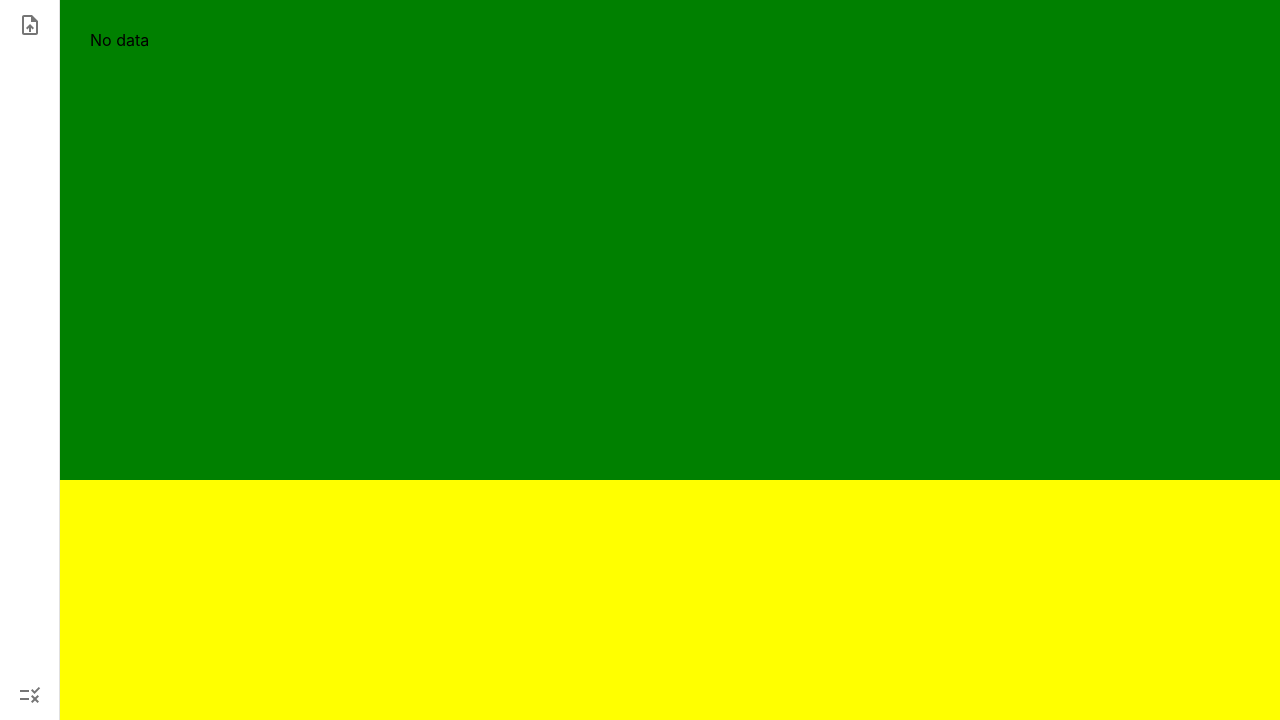
Repository: imark00/sbolInsight_frontend
Page: /
An editor plug-in stored every save of this project. The page is shown before and after the next save, followed by the edit.
The browser window is 1280 px wide. The pictures show the whole page.
The project was rebuilt for these pictures with package versions that can differ from the ones it lists, and the page was loaded fresh each time. Also part of the build but not shown: src/App.css.

Above is the page before, as saved 2024-08-18 05:38:16.

After the next save:
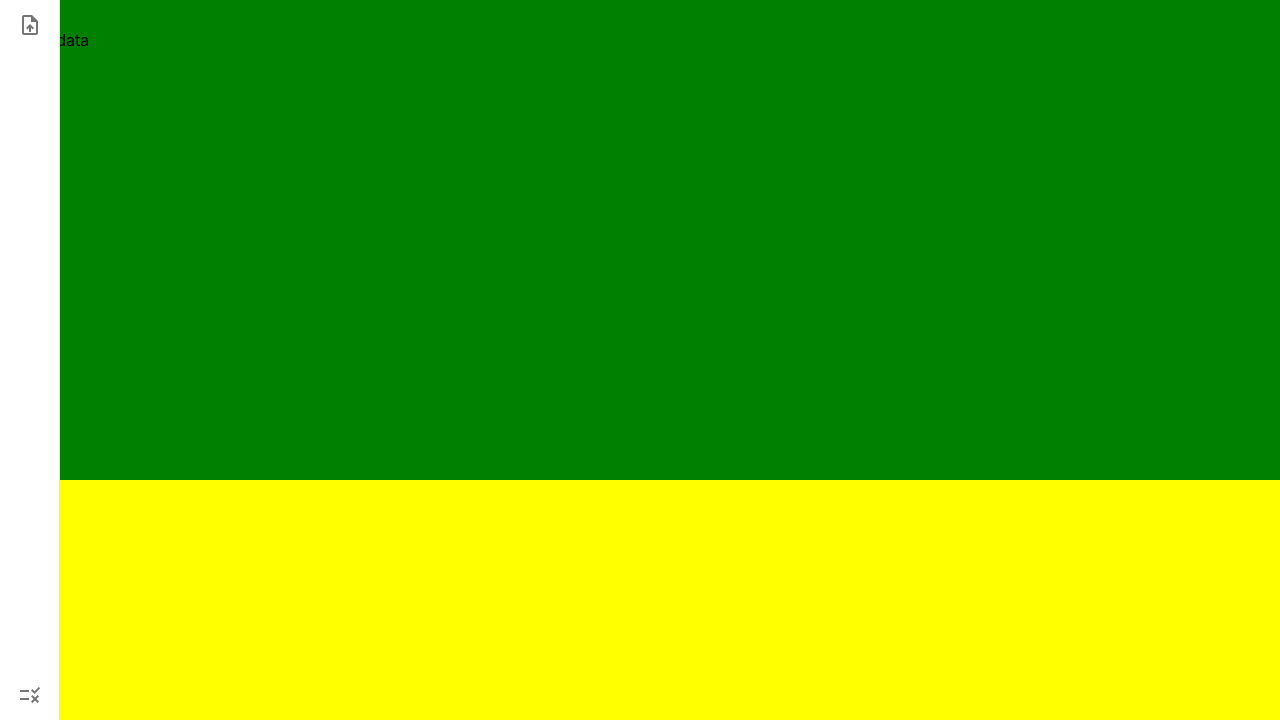
Saved 29 h 25 min later.
--- a/src/sbolInsight.js
+++ b/src/sbolInsight.js
@@ -90,7 +90,7 @@
 
     return (
         <Box
-            sx={{ display: 'flex' }}
+        // sx={{ display: 'flex' }}
         >
             {/* Drawer */}
             <Drawer

After the save that followed:
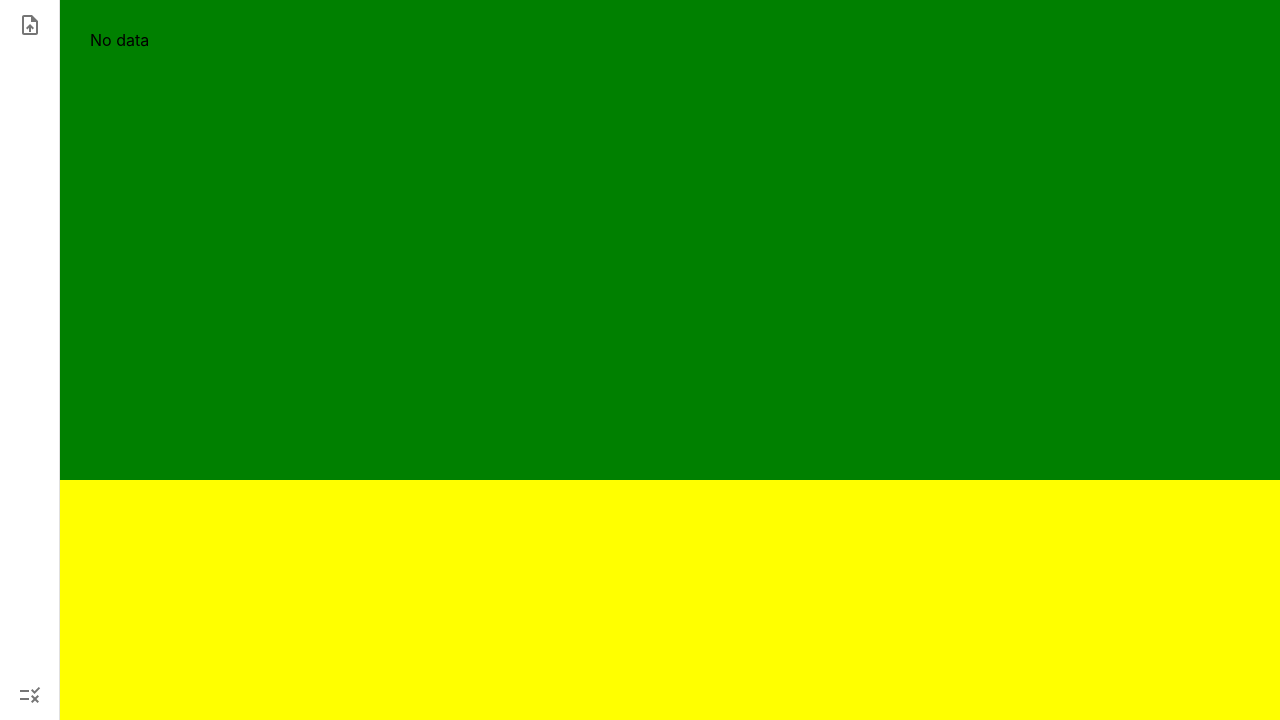
Saved 12 s later.
--- a/src/sbolInsight.js
+++ b/src/sbolInsight.js
@@ -90,7 +90,7 @@
 
     return (
         <Box
-        // sx={{ display: 'flex' }}
+            sx={{ display: 'flex' }}
         >
             {/* Drawer */}
             <Drawer
